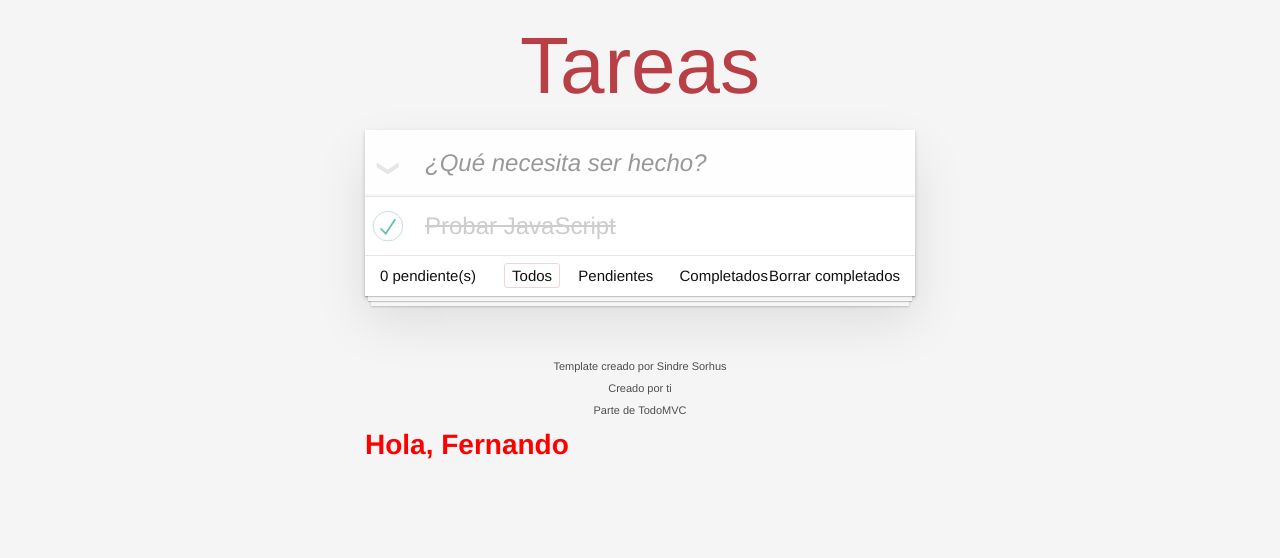
Repository: cgpera/todo-javascript
Page: /
These files come from the project's save history. The page is drawn as it stood at one moment and after the next save; the edit follows.
The browser window is 1280 px wide. The pictures show the whole page.
The project was rebuilt for these pictures with package versions that can differ from the ones it lists, and the page was loaded fresh each time. Also part of the build but not shown: webpack.config.js.

Above is the page before, as saved 2021-03-10 16:07:20.

After the next save:
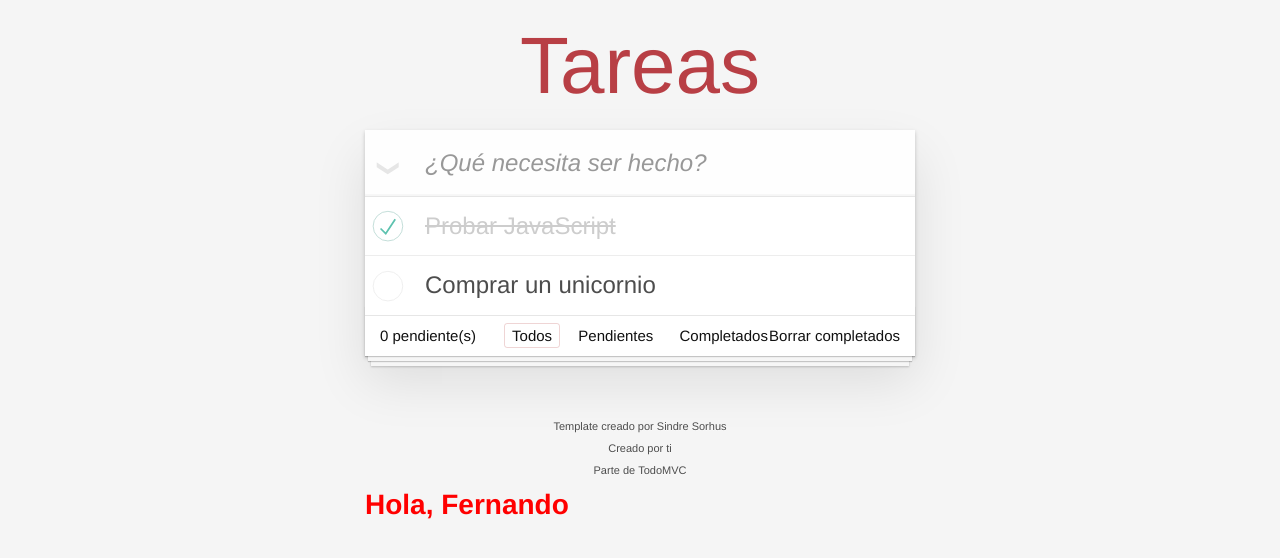
Saved 19 h 8 min later.
--- a/src/index.html
+++ b/src/index.html
@@ -28,14 +28,14 @@
                     </div>
                     <input class="edit" value="Create a TodoMVC template">
                 </li>
-                <!-- <li>
-						<div class="view">
-							<input class="toggle" type="checkbox">
-							<label>Comprar un unicornio</label>
-							<button class="destroy"></button>
-						</div>
-						<input class="edit" value="Rule the web">
-					</li> -->
+                <li>
+                    <div class="view">
+                        <input class="toggle" type="checkbox">
+                        <label>Comprar un unicornio</label>
+                        <button class="destroy"></button>
+                    </div>
+                    <input class="edit" value="Rule the web">
+                </li>
             </ul>
         </section>
         <!-- This footer should hidden by default and shown when there are todos -->
